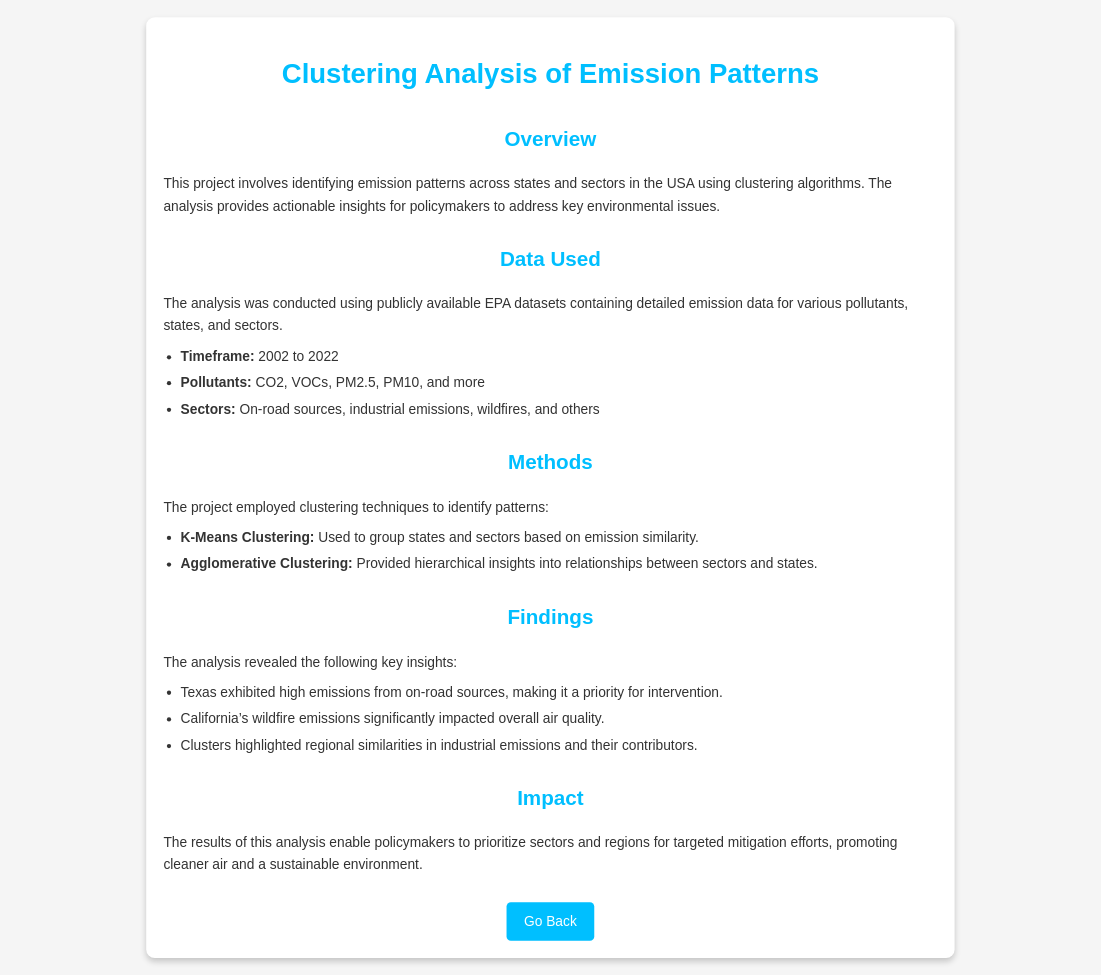
Repository: aminemnif/air-quality
Page: wafa_emissions_trend/templates/clusteringDetail.html
The author's editor kept a copy of each file at every save. The page is drawn from the files as they stood at one save, then again after the next save.
The browser window is 1280 px wide. The pictures show the whole page, at 86% of full size.
The template is drawn by Django 5.2. The application's start-up code is not run. Other server files are loaded and not shown. The template is opened directly, without the code that normally fills it, so the values that code supplies are empty.

Above is the page before, as saved 2025-01-11 21:19:06.

### wafa_emissions_trend/templates/clusteringDetail.html
<!DOCTYPE html>
<html lang="en">
<head>
    <meta charset="UTF-8">
    <meta name="viewport" content="width=device-width, initial-scale=1.0">
    <title>Clustering Analysis Details</title>
    <style>
        body {
            font-family: Arial, sans-serif;
            line-height: 1.6;
            margin: 0;
            padding: 0;
            background-color: #f5f5f5;
            color: #333;
        }
        .container {
            max-width: 900px;
            margin: 20px auto;
            padding: 20px;
            background: #fff;
            border-radius: 10px;
            box-shadow: 0 4px 8px rgba(0, 0, 0, 0.2);
        }
        h1, h2, h3 {
            color: #00bfff;
            text-align: center;
        }
        h2 {
            margin-top: 30px;
        }
        .section {
            margin-bottom: 30px;
        }
        .section p {
            margin: 10px 0;
        }
        ul {
            margin: 10px 0;
            padding-left: 20px;
        }
        li {
            margin: 5px 0;
        }
        .button-container {
            text-align: center;
            margin-top: 20px;
        }
        .back-button {
            display: inline-block;
            padding: 10px 20px;
            font-size: 16px;
            color: #fff;
            background-color: #00bfff;
            text-decoration: none;
            border-radius: 5px;
            transition: background-color 0.3s;
        }
        .back-button:hover {
            background-color: #007acc;
        }
    </style>
</head>
<body>

    <div class="container">
        <h1>Clustering Analysis of Emission Patterns</h1>

        <div class="section">
            <h2>Overview</h2>
            <p>
                This project involves identifying emission patterns across states and sectors in the USA using clustering algorithms.
                The analysis provides actionable insights for policymakers to address key environmental issues.
            </p>
        </div>

        <div class="section">
            <h2>Data Used</h2>
            <p>The analysis was conducted using publicly available EPA datasets containing detailed emission data for various pollutants, states, and sectors.</p>
            <ul>
                <li><strong>Timeframe:</strong> 2002 to 2022</li>
                <li><strong>Pollutants:</strong> CO2, VOCs, PM2.5, PM10, and more</li>
                <li><strong>Sectors:</strong> On-road sources, industrial emissions, wildfires, and others</li>
            </ul>
        </div>

        <div class="section">
            <h2>Methods</h2>
            <p>The project employed clustering techniques to identify patterns:</p>
            <ul>
                <li><strong>K-Means Clustering:</strong> Used to group states and sectors based on emission similarity.</li>
                <li><strong>Agglomerative Clustering:</strong> Provided hierarchical insights into relationships between sectors and states.</li>
            </ul>
        </div>

        <div class="section">
            <h2>Findings</h2>
            <p>The analysis revealed the following key insights:</p>
            <ul>
                <li>Texas exhibited high emissions from on-road sources, making it a priority for intervention.</li>
                <li>California’s wildfire emissions significantly impacted overall air quality.</li>
                <li>Clusters highlighted regional similarities in industrial emissions and their contributors.</li>
            </ul>
        </div>

        <div class="section">
            <h2>Impact</h2>
            <p>
                The results of this analysis enable policymakers to prioritize sectors and regions for targeted mitigation efforts,
                promoting cleaner air and a sustainable environment.
            </p>
        </div>

        <div class="button-container">
            <a href="{% url 'home' %}" class="back-button">Go Back</a>
        </div>
    </div>

</body>
</html>

After the next save:
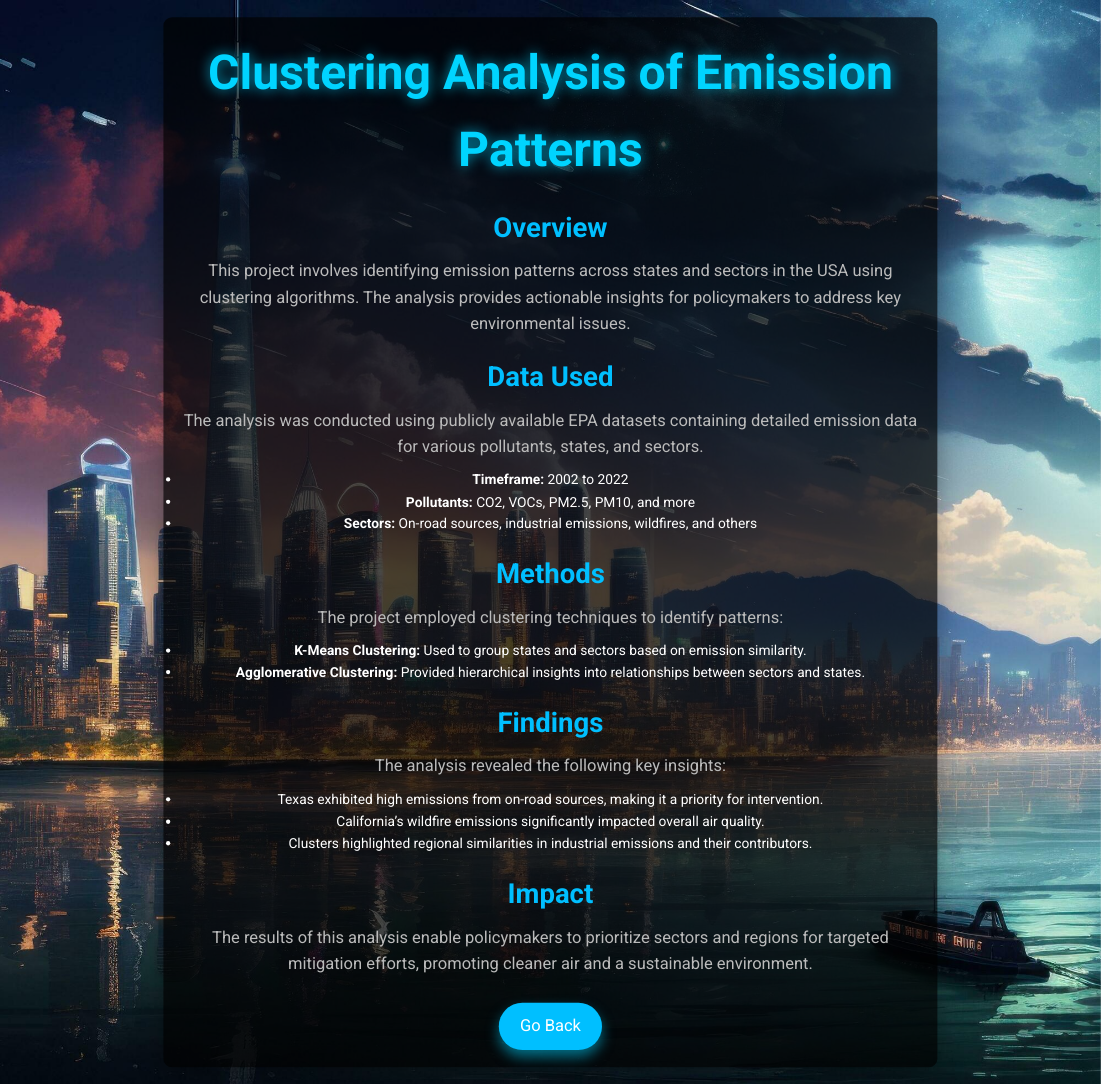
Saved 66 s later.
--- a/wafa_emissions_trend/templates/clusteringDetail.html
+++ b/wafa_emissions_trend/templates/clusteringDetail.html
@@ -1,62 +1,124 @@
+
+{% load static %}
 <!DOCTYPE html>
 <html lang="en">
 <head>
     <meta charset="UTF-8">
     <meta name="viewport" content="width=device-width, initial-scale=1.0">
-    <title>Clustering Analysis Details</title>
+    <title>Clustering Analysis of Air Quality & Respiratory Health</title>
+
+    <!-- Fonts and Icons -->
+    <link href="https://fonts.googleapis.com/css2?family=Roboto:wght@400;700&display=swap" rel="stylesheet">
+    <link rel="stylesheet" href="https://cdnjs.cloudflare.com/ajax/libs/font-awesome/6.0.0-beta3/css/all.min.css">
+
     <style>
-        body {
-            font-family: Arial, sans-serif;
-            line-height: 1.6;
+        /* General Reset */
+        * {
             margin: 0;
             padding: 0;
-            background-color: #f5f5f5;
+            box-sizing: border-box;
+        }
+
+        body {
+            font-family: 'Roboto', sans-serif;
+            background: url("{% static 'futuristic-cityscapes-with-neon-lights-and-cyberpunk-vibes-free-photo.jpg' %}") no-repeat center center;
+            background-size: cover;
             color: #333;
+            line-height: 1.6;
         }
+
+        /* Navigation Bar */
+        nav {
+            position: sticky;
+            top: 0;
+            background: rgba(0, 0, 0, 0.6);
+            display: flex;
+            justify-content: space-between;
+            align-items: center;
+            padding: 15px 30px;
+            z-index: 1000;
+            box-shadow: 0 4px 8px rgba(0, 0, 0, 0.1);
+        }
+
+        nav .logo {
+            font-size: 2em;
+            font-weight: bold;
+            color: #00d4ff;
+            text-shadow: 0 0 10px rgba(0, 212, 255, 0.7);
+        }
+
+        nav ul {
+            list-style: none;
+            display: flex;
+        }
+
+        nav ul li {
+            margin: 0 20px;
+        }
+
+        nav ul li a {
+            text-decoration: none;
+            color: #00d4ff;
+            font-size: 1.2em;
+            font-weight: 600;
+            letter-spacing: 1px;
+            transition: color 0.3s ease;
+        }
+
+        nav ul li a:hover {
+            color: #00a0cc;
+        }
+
+        /* Container and Section Styling */
         .container {
             max-width: 900px;
             margin: 20px auto;
             padding: 20px;
-            background: #fff;
+            background: rgba(0, 0, 0, 0.7);
+            color: #fff;
             border-radius: 10px;
-            box-shadow: 0 4px 8px rgba(0, 0, 0, 0.2);
-        }
-        h1, h2, h3 {
-            color: #00bfff;
+            box-shadow: 0 10px 30px rgba(0, 0, 0, 0.3);
             text-align: center;
         }
+
+        .container h1 {
+            font-size: 3.5em;
+            color: #00d4ff;
+            text-shadow: 0 0 15px rgba(0, 212, 255, 0.7);
+            margin-bottom: 20px;
+        }
+
         h2 {
+            color: #00bfff;
+            font-size: 2em;
+            margin-top: 20px;
+        }
+
+        p {
+            color: #bbb;
+            font-size: 1.2em;
+            margin: 10px 0;
+        }
+
+        .button-container {
             margin-top: 30px;
         }
-        .section {
-            margin-bottom: 30px;
-        }
-        .section p {
-            margin: 10px 0;
-        }
-        ul {
-            margin: 10px 0;
-            padding-left: 20px;
-        }
-        li {
-            margin: 5px 0;
-        }
-        .button-container {
-            text-align: center;
-            margin-top: 20px;
-        }
+
         .back-button {
             display: inline-block;
-            padding: 10px 20px;
-            font-size: 16px;
+            padding: 12px 25px;
+            font-size: 1.2em;
             color: #fff;
-            background-color: #00bfff;
+            background: #00bfff;
             text-decoration: none;
-            border-radius: 5px;
-            transition: background-color 0.3s;
+            border-radius: 50px;
+            box-shadow: 0 8px 15px rgba(0, 212, 255, 0.5);
+            transition: all 0.3s ease;
         }
+
         .back-button:hover {
-            background-color: #007acc;
+            background: #0097b8;
+            box-shadow: 0 10px 25px rgba(0, 151, 184, 0.4);
         }
     </style>
 </head>
